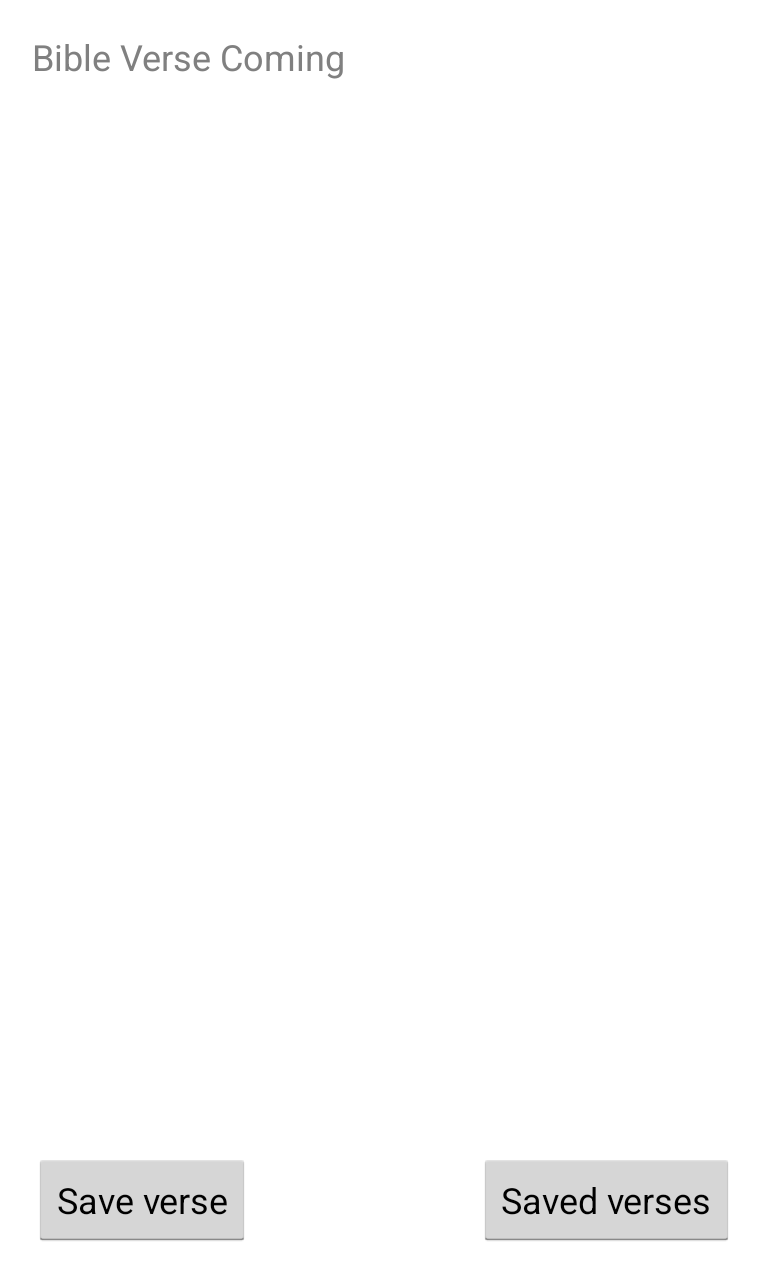
Repository: DerMinze/BibelVers
Layout: BibelVers/res/layout/activity_display_bible_verse.xml
An editor plug-in stored every save of this project. The layout is shown before and after the next save, followed by the edit.
It is drawn on a 768 x 1280 px phone screen (xhdpi) without system bars, with theme AppTheme; the app's code is not run.

Above is the layout before, as saved 2013-09-15 15:40:02.

### BibelVers/res/layout/activity_display_bible_verse.xml
<RelativeLayout xmlns:android="http://schemas.android.com/apk/res/android"
    xmlns:tools="http://schemas.android.com/tools"
    android:layout_width="match_parent"
    android:layout_height="match_parent"
    android:paddingBottom="@dimen/activity_vertical_margin"
    android:paddingLeft="@dimen/activity_horizontal_margin"
    android:paddingRight="@dimen/activity_horizontal_margin"
    android:paddingTop="@dimen/activity_vertical_margin"
    tools:context=".DisplayBibleVerse" >

    <TextView
        android:id="@+id/bible_verse"
        android:layout_width="match_parent"
        android:layout_height="wrap_content"
        android:layout_alignParentLeft="true"
        android:layout_alignParentTop="true"
        android:hint="@string/bibel_verse"
        android:textAppearance="?android:attr/textAppearanceMedium" />

    <Button
        android:id="@+id/save_verse"
        android:layout_width="wrap_content"
        android:layout_height="wrap_content"
        android:layout_alignParentBottom="true"
        android:layout_alignParentLeft="true"
        android:onClick="saveVerse"
        android:text="@string/save_verse" />

    <Button
        android:id="@+id/saved_verses"
        android:layout_width="wrap_content"
        android:layout_height="wrap_content"
        android:layout_alignParentBottom="true"
        android:layout_alignParentRight="true"
        android:onClick="displayVerses"
        android:text="@string/saved_verses" />

</RelativeLayout>

### BibelVers/res/values/strings.xml
<?xml version="1.0" encoding="utf-8"?>
<resources>

    <string name="app_name">Bible Verse</string>
    <string name="action_settings">Settings</string>
    <string name="new_verse_button">See todays bible verse</string>
    <string name="bibel_verse">Bible Verse Coming</string>
    <string name="save_verse">Save verse</string>
    <string name="title_activity_display_bible_verse">My Bible Verse</string>
    <string name="back">Back</string>
    <string name="bible_character">Favourite biblical character:</string>
    <string name="current_character">No favourite biblical character given.</string>
    <string name="add_character">Add favourite character</string>
    <string name="saved_verses">Saved verses</string>
    <string name="title_activity_display_saved_verses">Saved Verses</string>

</resources>

Loaded but not shown: BibelVers/res/values/styles.xml (common file); BibelVers/res/values-v11/styles.xml (common file); BibelVers/res/values-v14/styles.xml (common file); BibelVers/res/values/dimens.xml (common file)

After the next save:
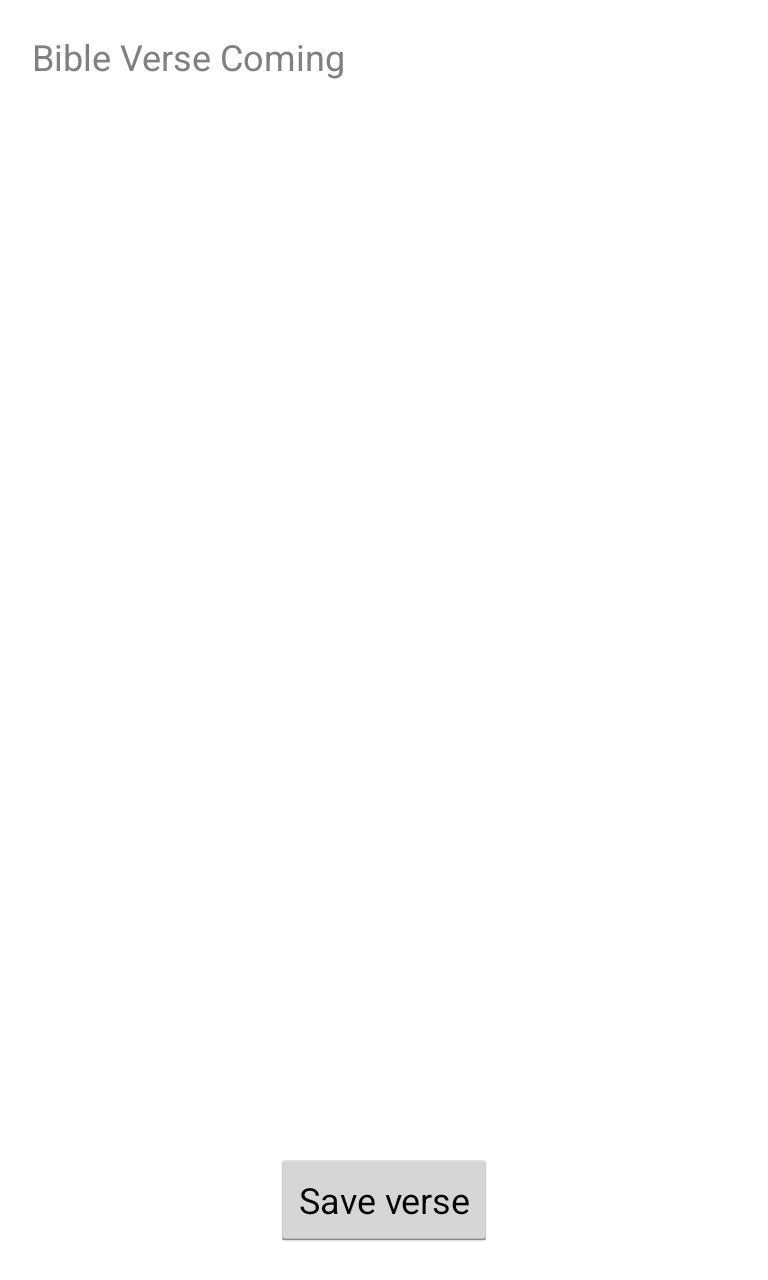
Saved 15 s later.
--- a/BibelVers/res/layout/activity_display_bible_verse.xml
+++ b/BibelVers/res/layout/activity_display_bible_verse.xml
@@ -22,17 +22,8 @@
         android:layout_width="wrap_content"
         android:layout_height="wrap_content"
         android:layout_alignParentBottom="true"
-        android:layout_alignParentLeft="true"
+        android:layout_centerHorizontal="true"
         android:onClick="saveVerse"
         android:text="@string/save_verse" />
 
-    <Button
-        android:id="@+id/saved_verses"
-        android:layout_width="wrap_content"
-        android:layout_height="wrap_content"
-        android:layout_alignParentBottom="true"
-        android:layout_alignParentRight="true"
-        android:onClick="displayVerses"
-        android:text="@string/saved_verses" />
-
 </RelativeLayout>
